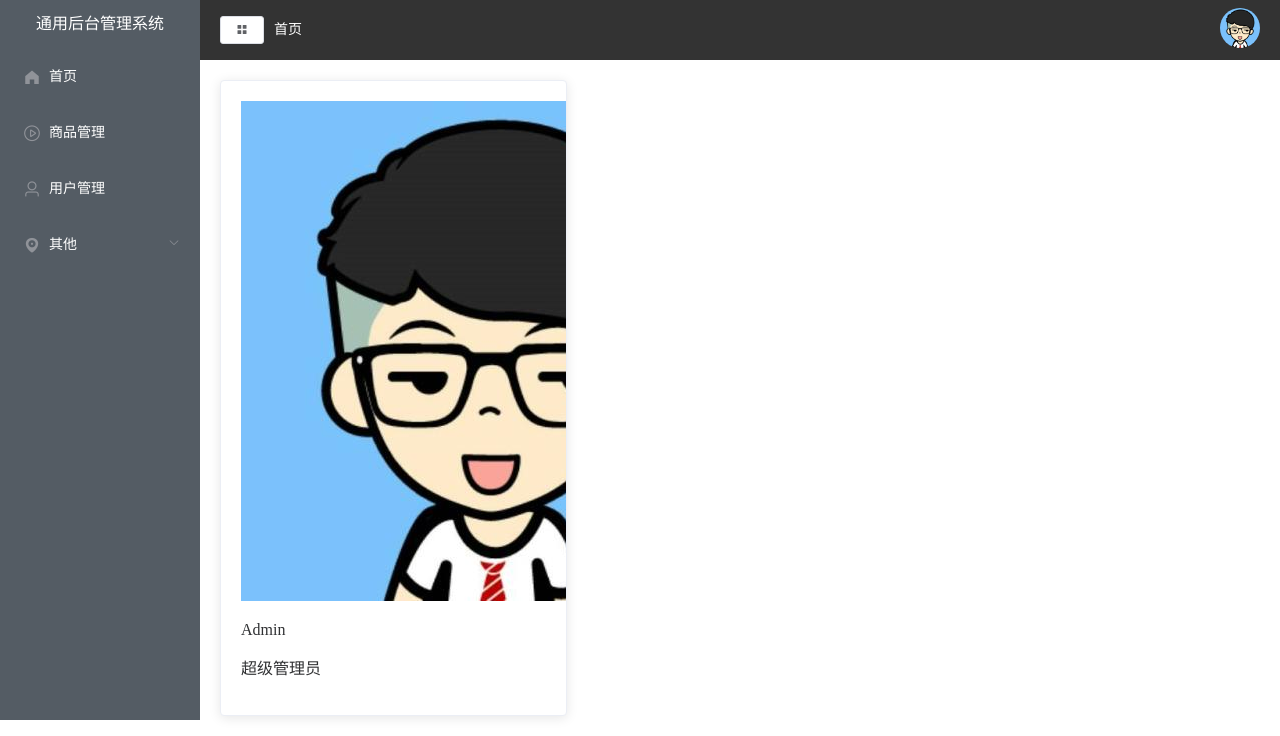
Repository: Francis200214/my-app
Page: /
The author's editor kept a copy of each file at every save. The page is drawn from the files as they stood at one save, then again after the next save.
The browser window is 1280 px wide. The pictures show the whole page.
The project was rebuilt for these pictures with package versions that can differ from the ones it lists, and the page was loaded fresh each time. Also part of the build but not shown: vue.config.js, src/views/User.vue, src/views/Mall.vue, src/views/other/PageOne.vue, src/views/other/PageTwo.vue.

Above is the page before, as saved 2023-05-21 15:32:45.

After the next save:
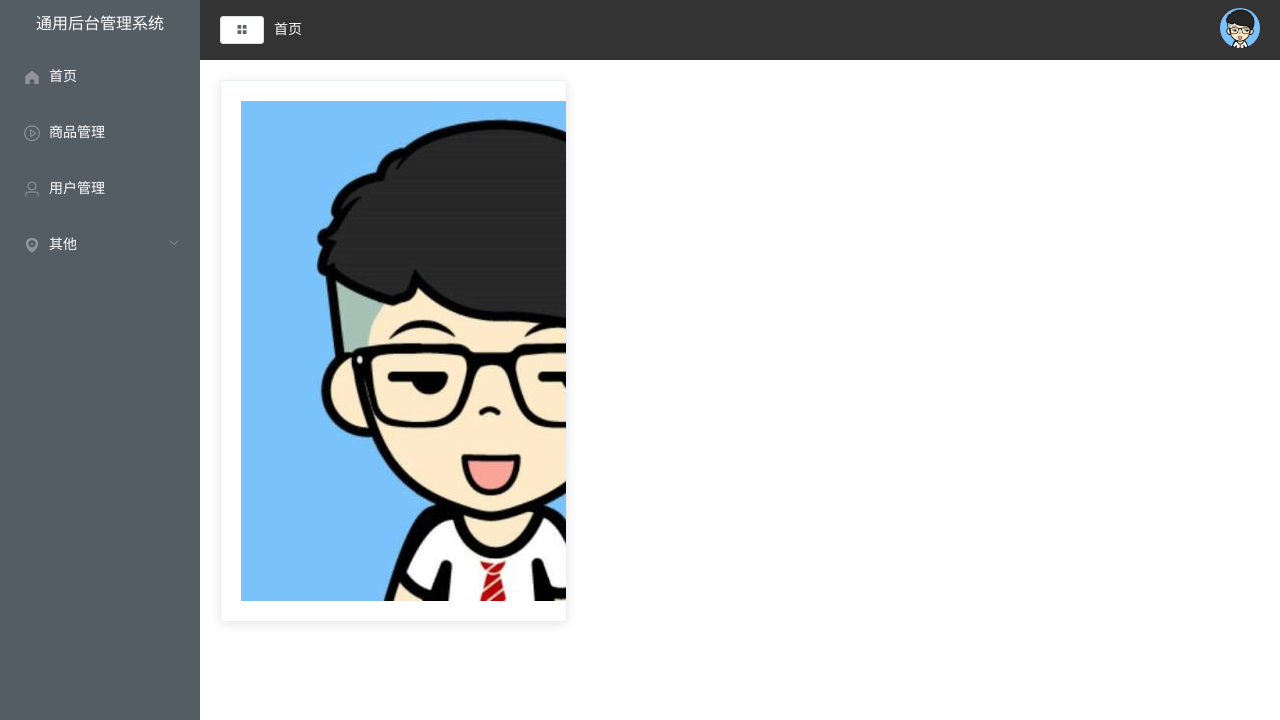
Saved 4 s later.
--- a/src/views/Home.vue
+++ b/src/views/Home.vue
@@ -19,7 +19,7 @@
 </template>
 <style lang="less" scoped>
 .user {
-
+    display: flex;
 }
 </style>
 <script>
